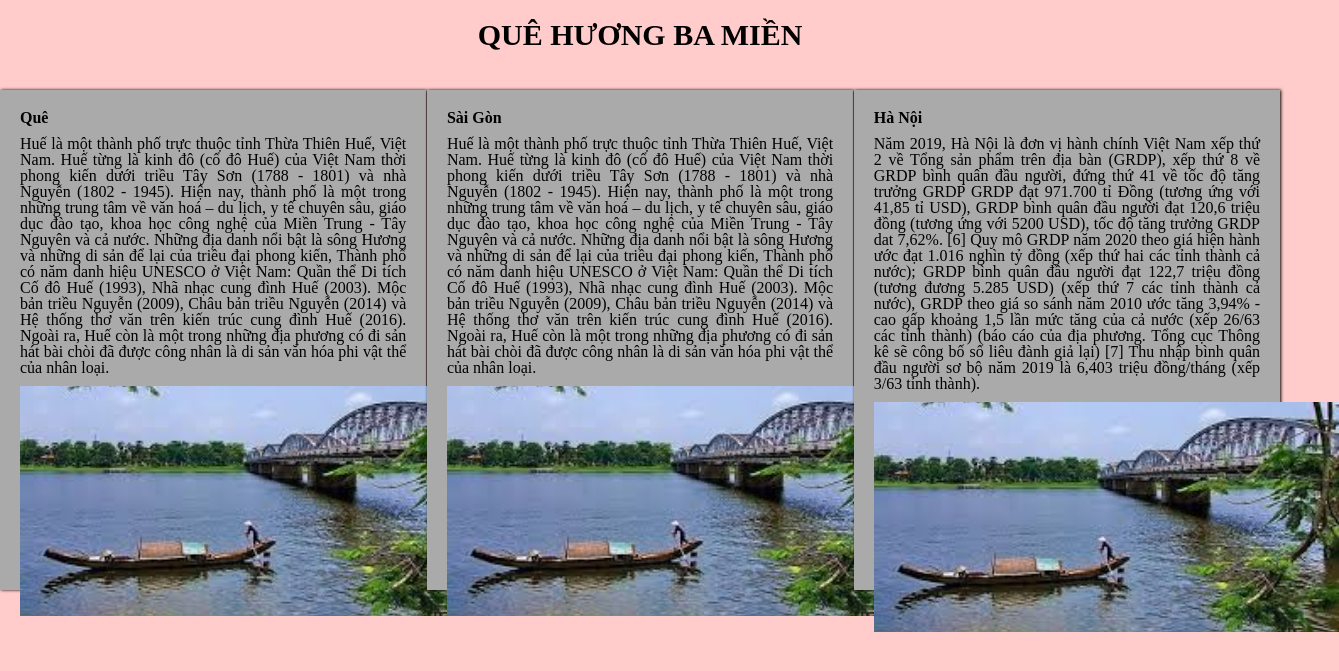
Repository: Tan-Khang21/TH_TKW--Buoi_06
Page: Bai_Tap_Tren_lop/Bai_02/LayoutCSS2.html
These files come from the project's save history. The page is drawn as it stood at one moment and after the next save; the edit follows.
The browser window is 1280 px wide. The page is 1339 px wide, so the pictures cover 1339 px, including what lies to the right of the window. The pictures show the whole page.

Above is the page before, as saved 2024-03-11 20:34:24.

After the next save:
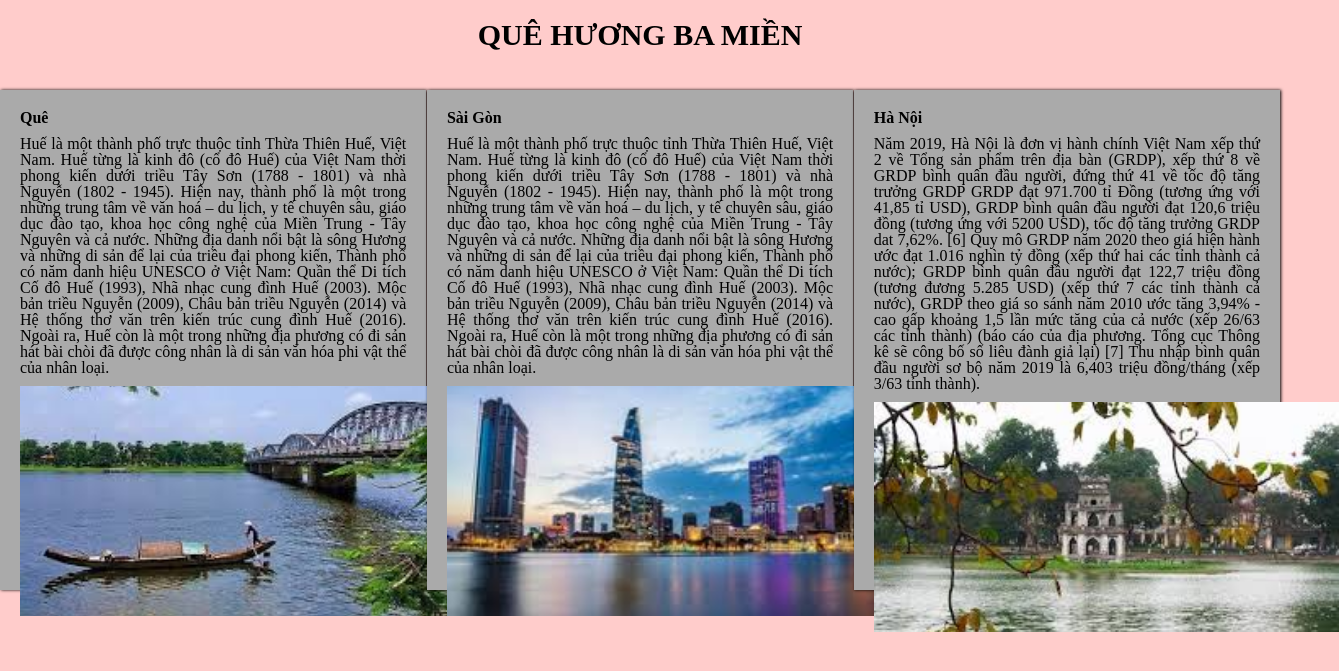
Saved 9 s later.
--- a/Bai_Tap_Tren_lop/Bai_02/LayoutCSS2.html
+++ b/Bai_Tap_Tren_lop/Bai_02/LayoutCSS2.html
@@ -48,7 +48,7 @@
           sản văn hóa phi vật thể của nhân loại.
         </p>
         <div class="images">
-          <img src="images/images1.jpg" alt="" />
+          <img src="images/images2.jpg" alt="" />
         </div>
       </div>
 
@@ -70,7 +70,7 @@
           3/63 tỉnh thành).
         </p>
         <div class="images">
-          <img src="images/images1.jpg" alt="" />
+          <img src="images/images3.jpg" alt="" />
         </div>
       </div>
     </div>
